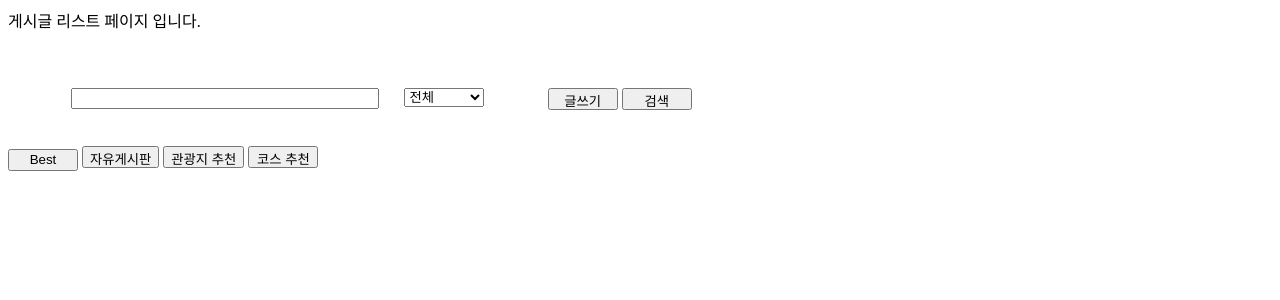
Repository: HJCroCat/project4
Page: http://localhost/koravle/boardMain.jsp
These files come from the project's save history. The page is drawn as it stood at one moment and after the next save; the edit follows.
The browser window is 1280 px wide. The pictures show the whole page.
The page is served by Tomcat 9. Nobody is signed in. The application's start-up code is not run. Other server files are loaded and not shown.

Above is the page before, as saved 2021-12-10 09:59:53.

### koravle/koravle/src/main/webapp/boardMain.jsp
<%@ page language="java" contentType="text/html; charset=UTF-8"
    pageEncoding="UTF-8"%>
<!DOCTYPE html>
<html>
<head>
<meta charset="UTF-8">
<title>Insert title here</title>

<link href="resources/style/stylecss.css" rel="stylesheet">
<script type="text/javascript" src="resources/js/jquery-1.7.1.js"></script>

</head>
<body>
	<div class="boardHeader">
		게시글 리스트 페이지 입니다.
	</div>
		<div>
			<input type="text" name="searchWord" id="searchWord">
			<select name="selectSearch" id="selectSearch">
				<option value="1" selected>전체</option>
				<option value="boardName">글제목</option>
				<option value="regionName">관광지</option>
				<option value="boardWriter">작성자</option>
			</select>
			<button href="boardWrite.do" class="btn" >글쓰기</button>
			<button href="boardList.do" class="btn" >검색</button>
		</div>
		<div>
			<br/>
			<br/>

			<button class="btn" href="boardList.do" name="boardBest">Best</button>
			<button class="btn" href="boardList.do" name="boardFree">자유게시판</button>
			<button class="btn" href="boardList.do" name="boardRegion">관광지 추천</button>
			<button class="btn" href="boardList.do" name="boardCourse">코스 추천</button>

		</div>





	<div class="footer">

	</div>

<script src="resources//js/jquery.min.js"></script>
<script src="resources/js/scripts.js"></script>

</body>
</html>

### koravle/koravle/src/main/webapp/resources/style/stylecss.css
.boardHeader{
	height:80px;
}

.btn{
	max-width:100px;
	min-width:70px;
	height: 22px;
}

#searchWord{
	float: left;
	width: 35%;
	margin-left:5%;
	margin-right:2%;
	max-width:300px;
}

#selectSearch{
	float: left;
	width: 10%;
	margin-right:5%;
	max-width:80px;
}

Loaded but not shown: koravle/koravle/src/main/webapp/resources/js/jquery-1.7.1.js (library); koravle/koravle/src/main/webapp/resources/js/jquery.min.js (library)

After the next save:
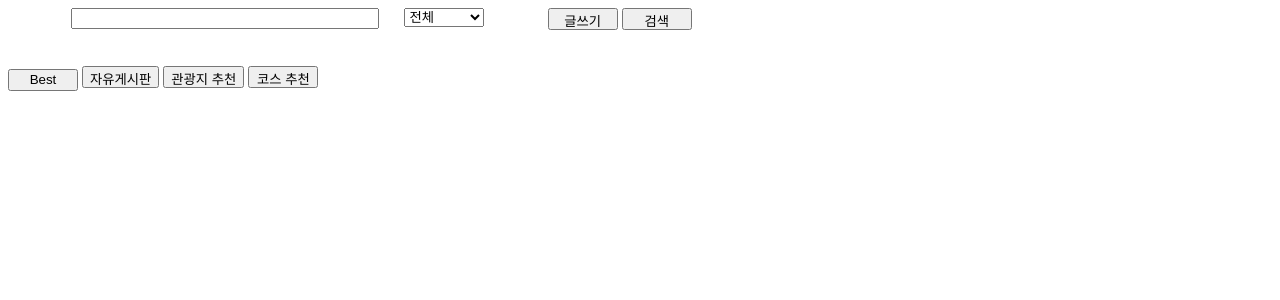
Saved 2 min 34 s later.
--- a/koravle/koravle/src/main/webapp/boardMain.jsp
+++ b/koravle/koravle/src/main/webapp/boardMain.jsp
@@ -11,9 +11,13 @@
 
 </head>
 <body>
-	<div class="boardHeader">
-		게시글 리스트 페이지 입니다.
-	</div>
+	<header>
+
+	</header>
+
+
+
+
 		<div>
 			<input type="text" name="searchWord" id="searchWord">
 			<select name="selectSearch" id="selectSearch">
